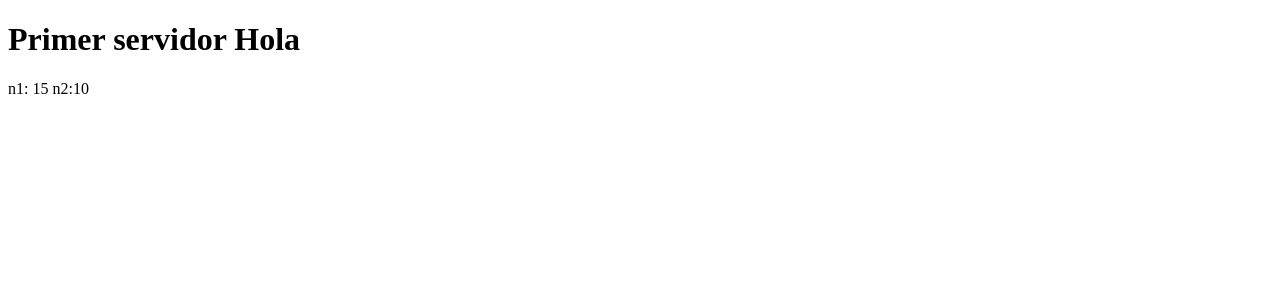
Repository: CamiloS28/Tercer-semestre-oficial
Page: http://localhost/JavaJSPSample/hola.jsp
The author's editor kept a copy of each file at every save. The page is drawn from the files as they stood at one save, then again after a run of saves.
The browser window is 1280 px wide. The pictures show the whole page.
The page is served by Tomcat 9.

Above is the page before, as saved 2023-03-17 13:30:24.

After the next 2 saves:
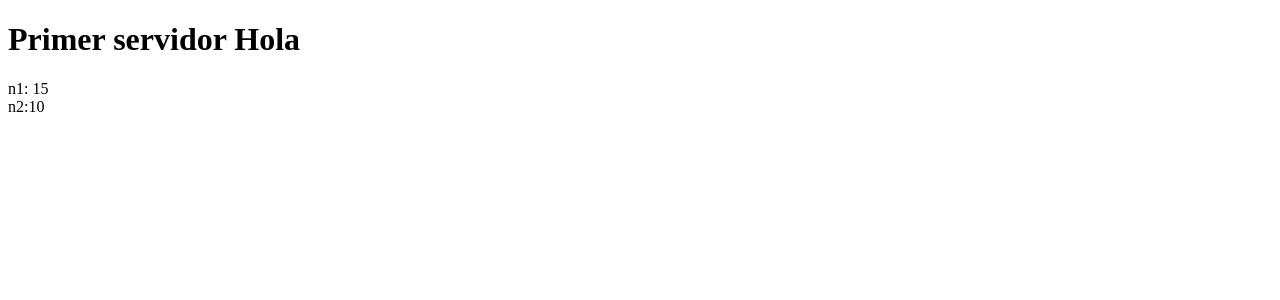
The 2 saves are shown as one change because 1 did not build or start.
The last was saved 107 s later.
--- a/Prorgamacion 2/Segundo corte/JAVA web/JavaJSPSample/src/main/webapp/hola.jsp
+++ b/Prorgamacion 2/Segundo corte/JAVA web/JavaJSPSample/src/main/webapp/hola.jsp
@@ -16,7 +16,7 @@ int s;
 %>
 <%
 s = n1 + n2;
-out.println("n1: " + n1);
+out.println("n1: " + n1 + "<br>");
 out.println("n2:" + n2);
 %>
 </body>
